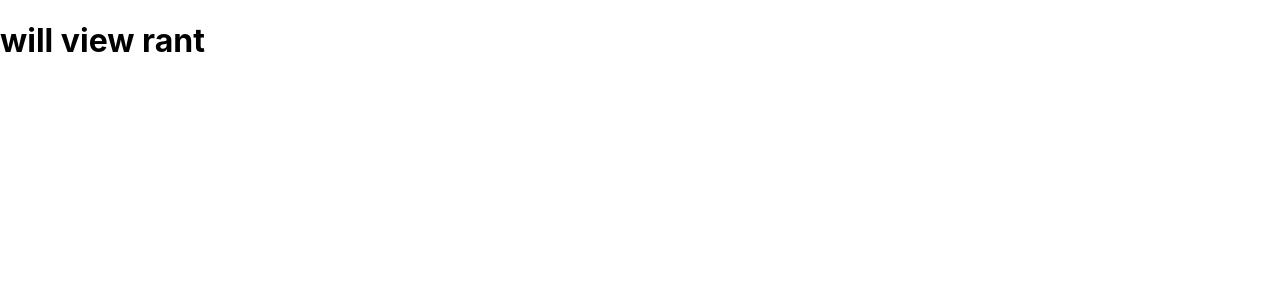
Repository: mergemaven11/Crud_Nextjs
Page: /rant-board
The author's editor kept a copy of each file at every save. The page is drawn from the files as they stood at one save, then again after the next save.
The browser window is 1280 px wide. The pictures show the whole page.
The project was rebuilt for these pictures with package versions that can differ from the ones it lists, and the page was loaded fresh each time. The framework's server and built-in components were replaced by stand-ins that run in the browser.

Above is the page before, as saved 2020-10-22 18:41:45.

After the next save:
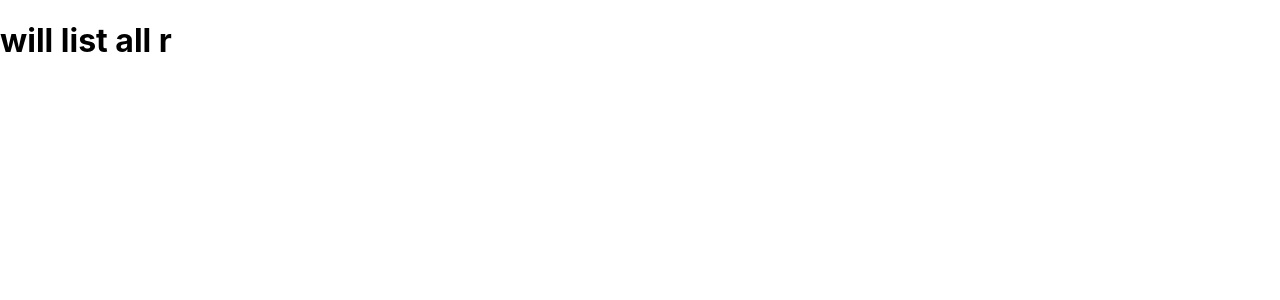
Saved 4 s later.
--- a/pages/rant-board/index.jsx
+++ b/pages/rant-board/index.jsx
@@ -1,3 +1,3 @@
 import React from 'react'
 
-export default () => <h1>will view rant</h1>
+export default () => <h1>will list all r</h1>
